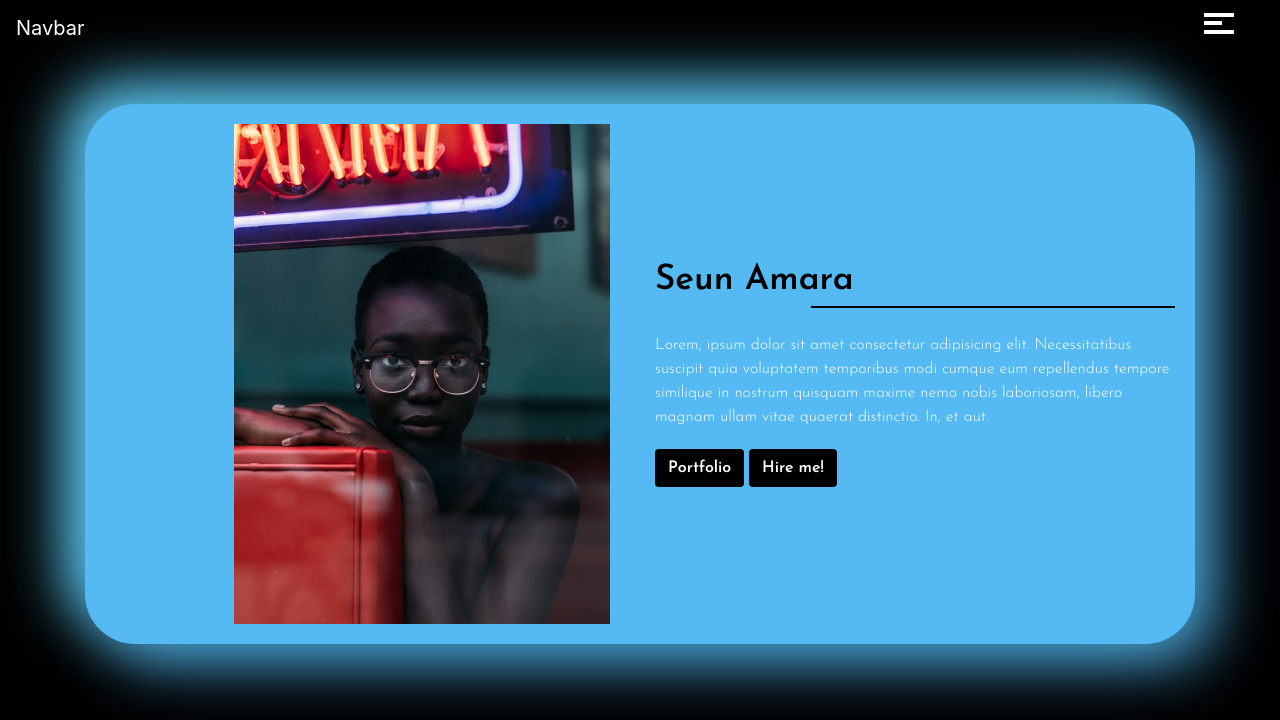
Repository: latenightsnacc/portfolio-site
Page: index.html
An editor plug-in stored every save of this project. The page is shown before and after the next save, followed by the edit.
The browser window is 1280 px wide. The pictures show the whole page.
Some web libraries are served in a nearby version. The style sheet was rebuilt from its Sass, Less or Tailwind sources for each picture, by a compiler version that may differ from the author's.

Above is the page before, as saved 2020-08-03 15:40:35.

### index.html
<!DOCTYPE html>
<html lang="en">
<head>
    <meta charset="UTF-8">
    <meta name="viewport" content="width=device-width, initial-scale=1.0">
    <link rel="stylesheet" href="https://stackpath.bootstrapcdn.com/bootstrap/4.5.0/css/bootstrap.min.css" integrity="sha384-9aIt2nRpC12Uk9gS9baDl411NQApFmC26EwAOH8WgZl5MYYxFfc+NcPb1dKGj7Sk" crossorigin="anonymous">
    <!-- UIkit CSS -->
    <link rel="stylesheet" href="https://cdn.jsdelivr.net/npm/uikit@3.5.5/dist/css/uikit.min.css" />
    <!--Google Icons-->
    <link href="https://fonts.googleapis.com/icon?family=Material+Icons" rel="stylesheet">
    <link rel="stylesheet" href="styles/stylesheet.css">

    <title>Portfolio Site</title>
</head>
<body>
    <main>
        <!--Navigation-->
        <nav class="navbar navbar-light bg-dark mb-5">
            <div class="nav-top" id="top">
                <a class="navbar-brand" href="#">Navbar</a>
                <div class="">
                    <a class="uk-button  menu-icon" href="#modal-full" uk-toggle>
                        <span class="icon-long"></span>
                        <span class="icon-short"></span>
                        <span class="icon-long"></span>
                    </a>

                </div>
            </div>
        </nav>

        <div class="container">
            <div class="card">
                <div class="card-body">
                    <!--Horizontal Card-->
                    <div class="row">
                        <div class="col-s12 col-md-6 col-lg-6">
                            <div class="container img-box">
                                <img src="assets/HER.jpg" alt="Seun" />
                            </div>
                        </div>
                        <div class="col-s12 col-md-6 col-lg-6">
                            <div class="text-box">
                                <div class="name">Seun Amara</div>
                                <div class="span">
                                    <span></span>
                                </div>
                                <p>Lorem, ipsum dolor sit amet consectetur adipisicing elit.
                                    Necessitatibus suscipit quia voluptatem temporibus modi cumque eum repellendus
                                    tempore similique in nostrum quisquam maxime nemo nobis laboriosam, libero magnam
                                    ullam vitae quaerat distinctio. In, et aut.
                                </p>
                                <div class="btn-box">
                                    <button class="btn">Portfolio</button>
                                    <button class="btn">Hire me!</button>
                                </div>

                            </div>
                        </div>
                    </div>
                </div>
            </div>
        </div>

        <!--Modal-->


        <div id="modal-full" class="uk-modal-full uk-animation-slide" uk-modal>
            <div class="uk-modal-dialog">
                <button class="uk-modal-close-full uk-close-large" type="button" uk-close></button>
                <div class="menu">
                    <div class="row">
                        <div class="col-s6 col-md-6 col-lg-6">
                            <ul class="menu-items">
                                <li>
                                    <a href="#" class="menu-item">
                                        <span class="material-icons">home</span>
                                        Home</a>
                                </li>
                                <li>
                                    <a href="#" class="menu-item"><span class="material-icons">dashboard</span> Portfolio</a>
                                </li>
                                <li>
                                    <a href="#" class="menu-item"><span class="material-icons">info</span> About me</a>
                                </li>
                                <li>
                                    <a href="#" class="menu-item"><span class="material-icons">contact_support</span> Contact me</a>
                                </li>
                            </ul>
                        </div>
                        <div class="col-s6 col-md-6 col-lg-6">
                            <div class="btn-boxMenu">
                                <button class="btn">Hire me!</button>
                            </div>

                        </div>
                    </div>

                </div>
            </div>
        </div>

    </main>
    <!-- UIkit JS -->
    <script src="https://cdn.jsdelivr.net/npm/uikit@3.5.5/dist/js/uikit.min.js"></script>
    <script src="https://cdn.jsdelivr.net/npm/uikit@3.5.5/dist/js/uikit-icons.min.js"></script>
    <script src="https://code.jquery.com/jquery-3.5.1.slim.min.js" integrity="sha384-DfXdz2htPH0lsSSs5nCTpuj/zy4C+OGpamoFVy38MVBnE+IbbVYUew+OrCXaRkfj" crossorigin="anonymous"></script>
    <script src="https://cdn.jsdelivr.net/npm/popper.js@1.16.0/dist/umd/popper.min.js" integrity="sha384-Q6E9RHvbIyZFJoft+2mJbHaEWldlvI9IOYy5n3zV9zzTtmI3UksdQRVvoxMfooAo" crossorigin="anonymous"></script>
    <script src="https://stackpath.bootstrapcdn.com/bootstrap/4.5.0/js/bootstrap.min.js" integrity="sha384-OgVRvuATP1z7JjHLkuOU7Xw704+h835Lr+6QL9UvYjZE3Ipu6Tp75j7Bh/kR0JKI" crossorigin="anonymous"></script>
</body>
</html>

### styles/stylesheet.scss
@import 'variables';

*{
    margin:0;
    padding: 0;
    text-decoration: none;
    list-style: none;

    a{
        text-decoration: none;

        &:hover {
            text-decoration: none;
        }
    }
}
body,html, .bg-dark, .uk-modal-dialog, .uk-modal-close-full {
    background-color: $dark!important;
}
.uk-modal-dialog, .uk-modal-full {
    height: 100vh;
    overflow-y: hidden;
    overflow-x: hidden;
    //
}
.uk-modal-dialog, .btn-boxMenu{
    display: flex;
    flex-direction: column;
    justify-content: space-around;

}
.btn-boxMenu {
    align-items: flex-start;
    width: 100%;
    padding-left: 30px;

    .btn {
        background-color: #62d5ff;
        color: #000;
        padding: 10px;
        width: 120px;
        border-radius: 20px;
        background: #55b9f3;
            box-shadow:  20px 20px 60px #489dcf,
             -20px -20px 60px #62d5ff;
        &:hover {
            color: #fff;

        }
    }
}
.left-border {
    height: 70vh;
    span{
        height: 100%;
        border:  2px solid #62d5ff;
    }

}
.material-icons {
    color: #62d5ff;
    font-size: 50px;
}
.menu-items {
    display: flex;
    flex-direction: column;
    padding-left: 30px;
    li {
        margin-bottom: 40px;
        padding: 10px 0px;

        &:hover {
            box-shadow: $bS;
            width: 50%;
            border-radius: 20px;

        }

    }
    .menu-item {
        color: $light;
        font-size: 1.3em;
        display: flex;
        align-items: center;

    }
}
.uk-close {
    color: #62d5ff;

    &:hover {
        color: $light;
    }
}
.span {
    display: flex;
    flex-direction: column;
    align-items: flex-end;
    span{
        border: 1px solid $dark;
        width: 70%;
        margin: 5px 0px;
    }
}
.btn {
    background-color: #000;
    font-weight: $bold;
    color: $light;

    &:hover {
        color: #62d5ff;
    }
}
.img-box {
    width: 100%;
    height: 100%;
    display: flex;
    justify-content: flex-end;
    img {
        height: 500px;
    }
}
.text-box {
    height: 100%;
    width: 100%;
    display: flex;
    flex-direction: column;
    justify-content: center;

}
.card {
    border: 0px !important;
    color: $light;
    font-family: $font;
    // box-shadow: $bS;
    border-radius: 50px;
    background: #55b9f3;
    box-shadow:  20px 20px 60px #489dcf,
             -20px -20px 60px #62d5ff;

    .name {
        font-weight: $bold;
        color: $dark;
        line-height: 40px;
        font-size: 35px;
    }
    p {
        color: $light;
        font-weight: $fontLight;
    }
}
.nav-top {
    display: flex;
    width: 100%;
    justify-content: space-between;
}
.navbar-brand {
    color: $light !important;
}
.menu-icon {
    display: flex;
    flex-direction: column;
    height: 30px;
    justify-content: space-evenly;
    .icon-long, .icon-short {
        border: 2px solid $light;
    }
    .icon-long {
        width: 30px;
    }
    .icon-short {
        width: 18px;
    }

    &:hover {
        .icon-long, .icon-short {
            border: 2px solid #55b9f3;
        }
        .icon-long {
            width: 18px;
            transition: width 300ms ease-in-out 0s;
        }
        .icon-short {
            width: 30px;
            transition: width 300ms ease-in-out 0s;
        }
    }
}

### styles/_variables.scss
@import url('https://fonts.googleapis.com/css2?family=Josefin+Sans:wght@300;600&display=swap');
$font:'Josefin Sans', sans-serif;
$bold: 600;
$fontLight: 300;
$dark: black;
$light: white;
$bg-dark: rgb(27, 24, 24);
$bS:  .5px .5px 10px 3px #0ff;

After the next save:
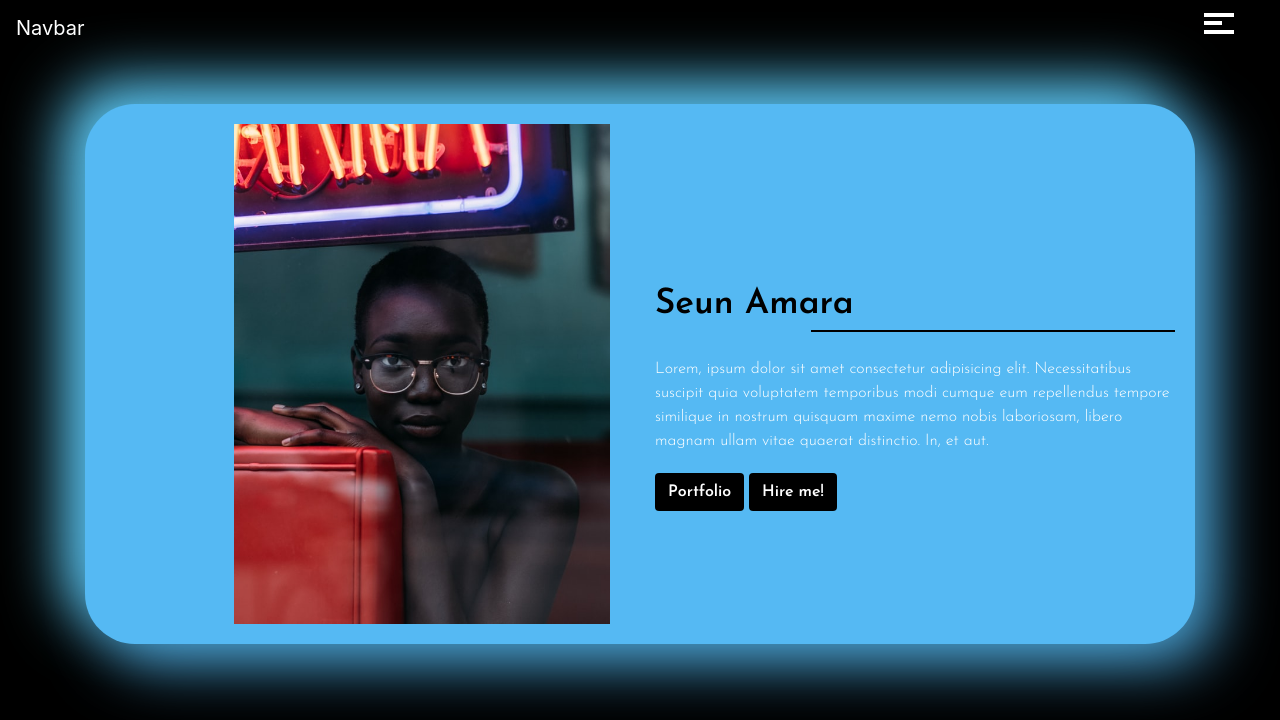
Saved 37 s later.
--- a/index.html
+++ b/index.html
@@ -41,7 +41,7 @@
                         </div>
                         <div class="col-s12 col-md-6 col-lg-6">
                             <div class="text-box">
-                                <div class="name">Seun Amara</div>
+                                <div class="name pt-5">Seun Amara</div>
                                 <div class="span">
                                     <span></span>
                                 </div>
